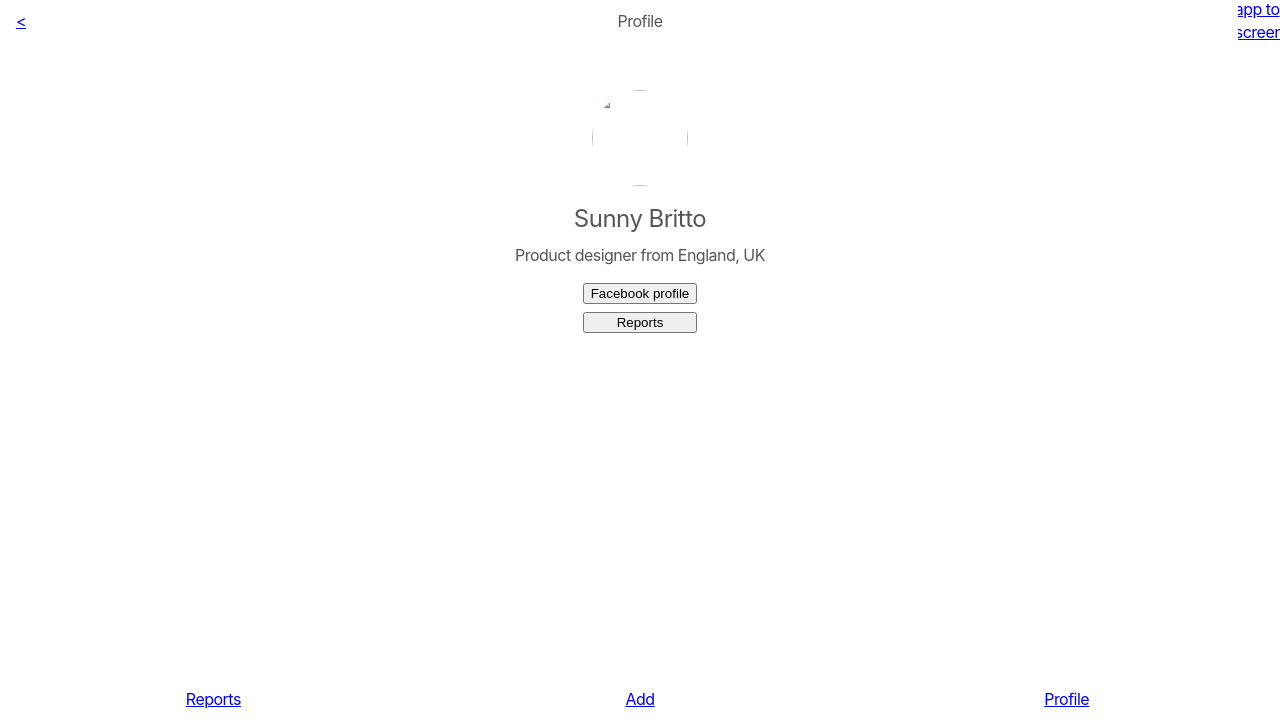
Repository: aleksandrenko/html-css-playground
Page: profile.html
The author's editor kept a copy of each file at every save. The page is drawn from the files as they stood at one save, then again after a run of saves.
The browser window is 1280 px wide. The pictures show the whole page.

Above is the page before, as saved 2018-01-19 16:04:22.

After the next 2 saves:
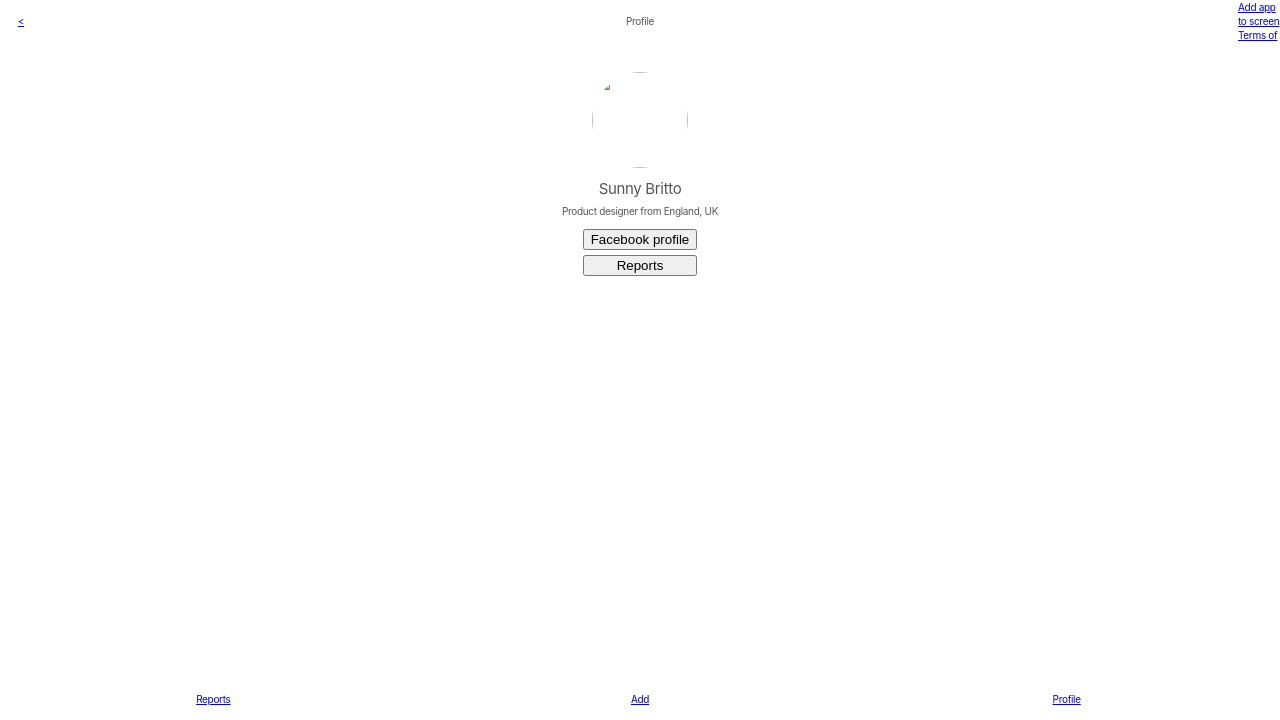
The 2 saves are shown as one change because they came seconds apart.
The last was saved 30 s later.
--- a/css/global.css
+++ b/css/global.css
@@ -1,5 +1,5 @@
 html {
-    font-size: 100%;
+    font-size: 62.5%; /* ~10px */
 }
 
 body {

After the 4 saves that followed:
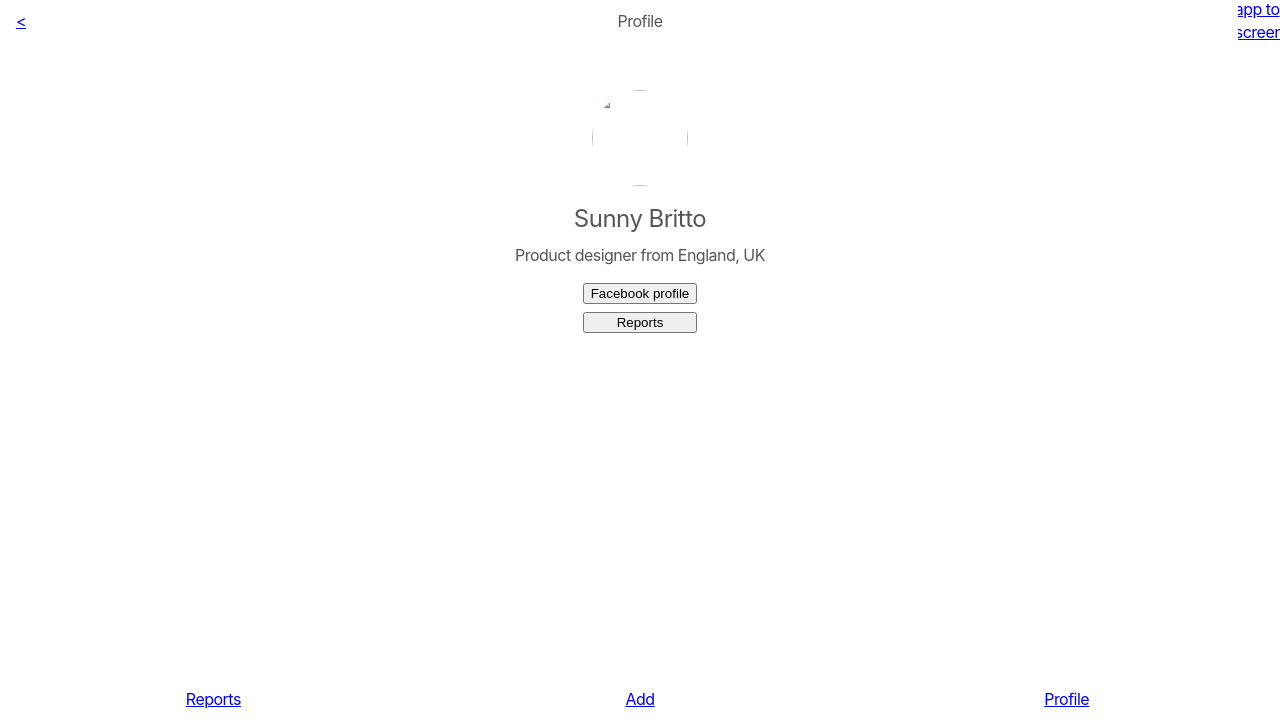
The 4 saves are shown as one change because they came seconds apart.
The last was saved 3 min 3 s later.
--- a/css/global.css
+++ b/css/global.css
@@ -1,7 +1,3 @@
-html {
-    font-size: 62.5%; /* ~10px */
-}
-
 body {
     min-height: var(--min-height);
     min-width: var(--min-width);
@@ -9,6 +5,7 @@
     overflow-x: hidden;
     -webkit-font-smoothing: antialiased;
     text-rendering: optimizeLegibility;
+    font-size: 100%;
     line-height: 1.428571429;
     letter-spacing: -.032em;
 }
